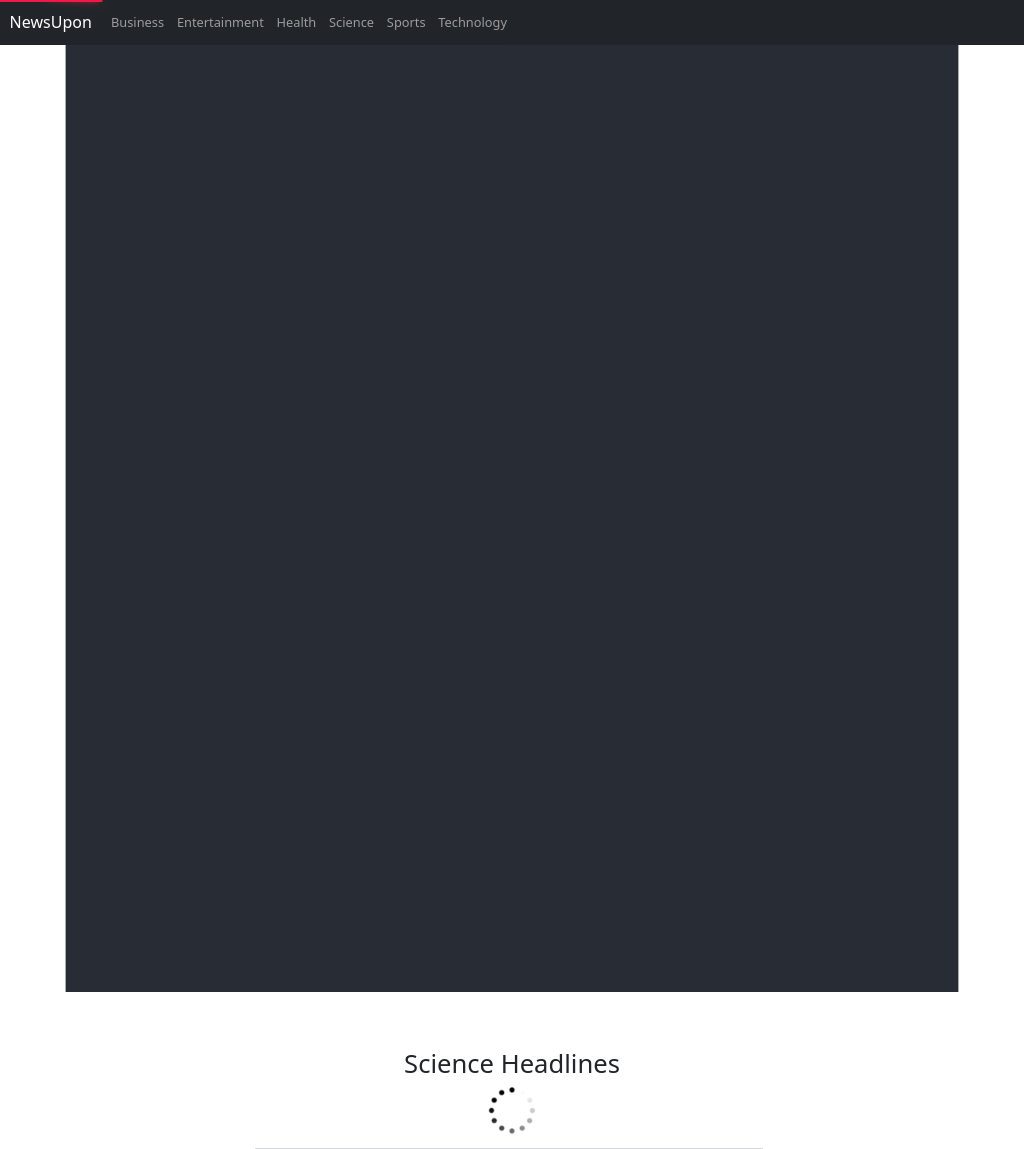
Repository: Akash33253/NewsUpon
Page: /science
The author's editor kept a copy of each file at every save. The page is drawn from the files as they stood at one save, then again after the next save.
The browser window is 1280 px wide. The pictures show the whole page, at 80% of full size.
The page's requests for data from a server got no answer. The project was rebuilt for these pictures with package versions that can differ from the ones it lists, and the page was loaded fresh each time. No one was signed in, and anything a server would have sent is missing. Also part of the build but not shown: src/index.css, src/components/NewsItem.js.

Above is the page before, as saved 2022-11-12 22:56:30.

After the next save:
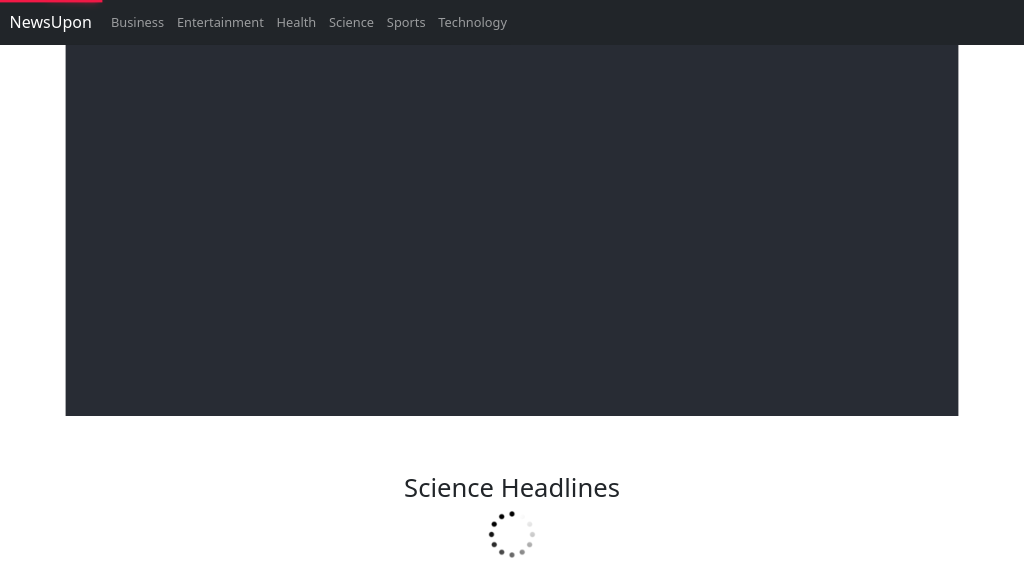
Saved 11 s later.
--- a/src/App.css
+++ b/src/App.css
@@ -39,6 +39,6 @@
 
 #banner{
   width: 100%;
-  height: 170vh;
+  height: 70vh;
   background-color: #282c34;
 }
